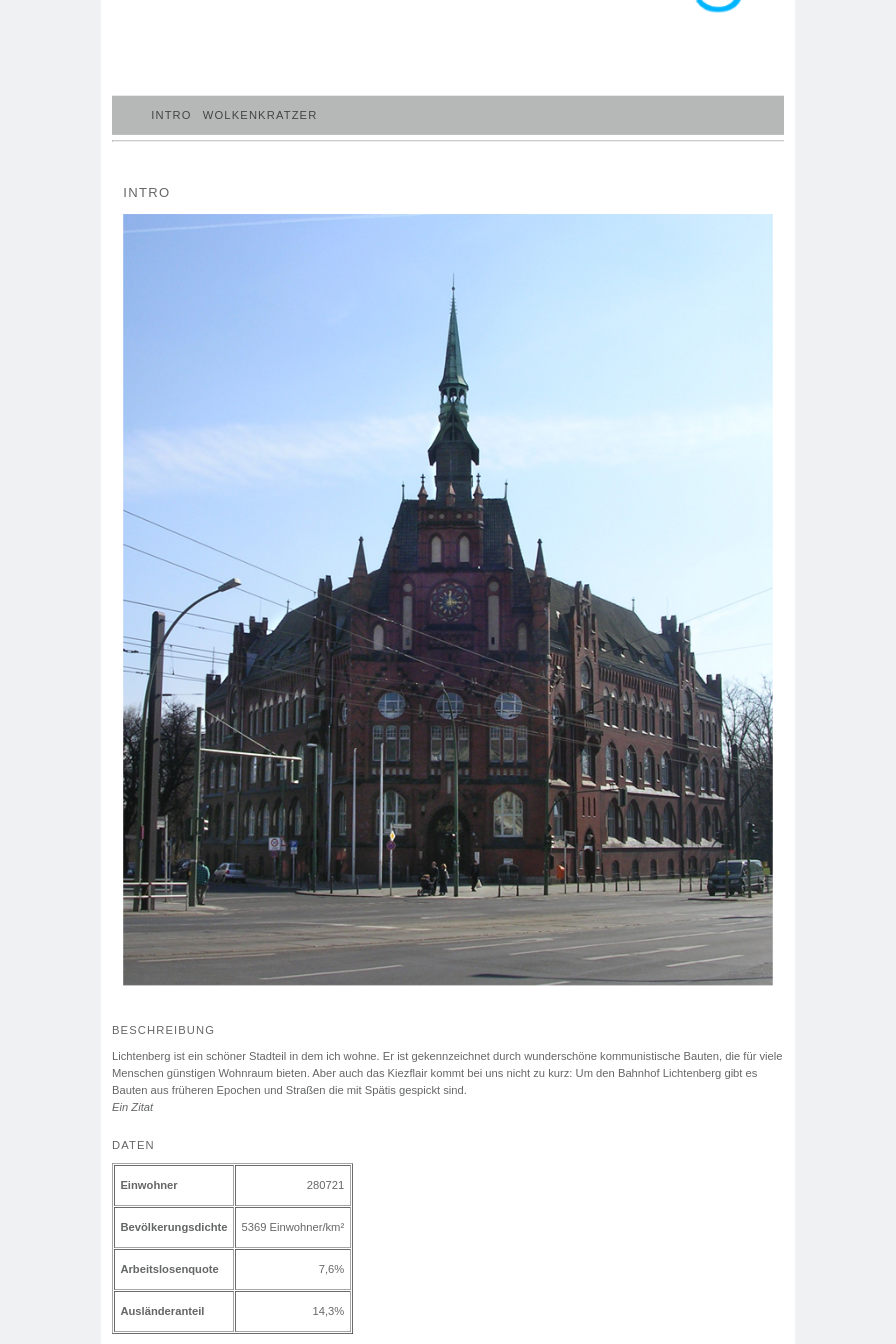
Repository: adamkonopka1991/Uni
Page: Kiez App/index.html
The author's editor kept a record of every edit. The page is drawn from the files as they stood at one moment, then again after the next edit.
The browser window is 1280 px wide. The pictures show the part of the page from y = 344 to 2264 px (the page is 2972 px tall before and 2944 px after), at 70% of full size.

Above is the page before.

### Kiez App/index.html
<!DOCTYPE html>
<head>
    <meta charset="utf-8">
    <link rel="stylesheet" type="text/css" href="style.css">
</head>
<html>


    <head>
        <meta charset="utf-8">
        <title>
            Startseite Kiez-App
        </title>

    </head>

    <body>
        <div id="container">
        <header>
            <img src="Logo.png" width=40%>
        </header>

        <nav>
            <ul>
                <li><a href="index.html">Intro</a></li>
                <li><a href="seite2.htm">Wolkenkratzer</a></li>
            </ul>
        </nav>

        <section>
            <hr>
            <header>
                <h3>Intro</h3>
                <img src="Rathaus-Berlin-Lichtenberg.jpg" height=50% width=50%>
            </header>

            <article>
                <p>
                    <h4>Beschreibung</h4>
                    <p>
                        Lichtenberg ist ein schöner Stadteil in dem ich wohne. Er ist
                        gekennzeichnet durch wunderschöne kommunistische Bauten, die
                        für viele Menschen günstigen Wohnraum bieten. Aber auch das Kiezflair
                        kommt bei uns nicht zu kurz: Um den Bahnhof Lichtenberg
                        gibt es Bauten aus früheren Epochen und Straßen die mit Spätis
                        gespickt sind. <br>

                        <cite>Ein Zitat</cite>
                    </p>
                </p>
                <p>
                    <h4>Daten</h4>
                    <p>
                        <table border>
                            <tr>
                                <td>Einwohner</td>
                                <td>280721</td>
                            </tr>
                            <tr>
                                <td>Bevölkerungsdichte</td>
                                <td>5369 Einwohner/km²</td>
                            </tr>
                            <tr>
                                <td>Arbeitslosenquote</td>
                                <td>7,6%</td>
                            </tr>
                            <tr>
                                <td>Ausländeranteil</td>
                                <td>14,3%</td>
                            </tr>
                        </table>
                    </p>
                </p>

                <p>
                    <h4>Sehenswürdigkeiten</h4>
                    <p>
                        <ul>
                            <li><a href="https://www.stasimuseum.de/">Stasimuseum</a></li>
                            <li><a href="http://www.dongxuan-berlin.de/de/">Dong Xuan Center</a></li>
                            <li><a href="https://de.wikipedia.org/wiki/Rathaus_Lichtenberg">Rathaus Lichtenberg</a></li>
                        </ul>

                    </p>

                </p>

                <p>
                    <h4>Die Youtube-Suche nach Lichtenberg hat folgendes ergeben:</h4>
                    <p>
                        <iframe width="560" height="315" src="https://www.youtube.com/embed/tIiFF1V4cj8" frameborder="0" allow="accelerometer; autoplay; encrypted-media; gyroscope; picture-in-picture" allowfullscreen></iframe>
                    </p>

                </p>

            </article>

            <footer>
                <ul>
                    <li><a href="">vorheriger Artikel</a></li>
                    <li><a href="">nächster Artikel</a></li>
                </ul>

            </footer>
        <hr>
        </section>

        <footer>
            <ul>
                <li><a href="">Home</a></li>
                <li><a href="kontakt.html">Kontakt</a></li>
                <li><a href="impressum.html">Impressum</a></li>
            </ul>

        </footer>
        </div>

    </body>
</html>

### Kiez App/style.css
@media all{

    body {
        background-color: #EFF1F2;
        color: #656666;
        font-family: sans-serif;
        line-height: 1.5em;
    }

    section h1, section h2, section h3, section h4, section h5, section h6 {
        text-transform: uppercase;
        font-weight: normal;
        margin-top: 2em;
        margin-bottom: 1em;
        letter-spacing:0.1em;
    }

    #container {
        background-color: white;
        margin: 2em auto;
        min-height: 400px;
        max-width: 960px;
        border-radius: 20px;

    }

    #container>footer, #container>nav {
        background-color: #B6B7B7;
    }

    #hauptueberschrift{
        margin-top: 1em;
        margin-bottom:0.5em;
    }

    #navMobile {
        display: none;
    }

    .flexbox {
        display: flex;
        flex-wrap: wrap;
        justify-content: space-evenly;
    }

    .flex-item {
        width: 288px;
        height: 288px;
        position:relative;
    }

    .beschreibung {
        position: absolute;
        bottom: 0;
        color: white;
    }




    nav, footer{
        overflow: hidden;
    }

    header, nav, footer, #container{
        padding: 1em;
    }

    h1,h2,h3,h4,h5,h6 {
        margin: 0;
        line-height: 1.2em;
    }

    ul{
        margin: 0;
    }


    nav ul li, footer ul li{
        list-style-type: none;
        text-transform: uppercase;
        letter-spacing: 0.1em;
        margin-right: 1em;
    }

    nav ul li{
        float: left;
    }

    footer ul li{
        float: right;
    }

    td {
      padding: 1em 0.5em;
    }

    td:first-child {
        text-align: left;
        font-weight: bold;
    }

    td:nth-cild(even) {
        text-align: left;
        font-weight: bold;
    }

    td:last-child {
        text-align: right;

    }

    header img{
        display: inline-block;
        width: 100%;
    }

    nav ul li.open{
        font-weight: bold;
    }

    a {
        color: #444;
    }

    a:link {
        text-decoration: none;
    }

    a:hover{
        text-decoration: underline;
        color: #222;
    }
}

@media screen and (max-width: 961px){
    #container {
        margin: 0px;
    }
    nav{

    }

    header {
        background-color: #B6B7B7;
    }

    nav{
        box-shadow: 0 3px 2px grey;
    }

    #navMobile{
        display: block;
    }

    #navMobile ul li {
        float: right;
    }

    #navScreen{
        position: fixed;
        height: 100%;
        width:100%;
        background-color: green;
        display: none;
    }



    button {
        border: none;
        background-color: #B6B7B7;
        font-weight: bold;
        font-size: 1.5em;
    }


}

After the next edit:
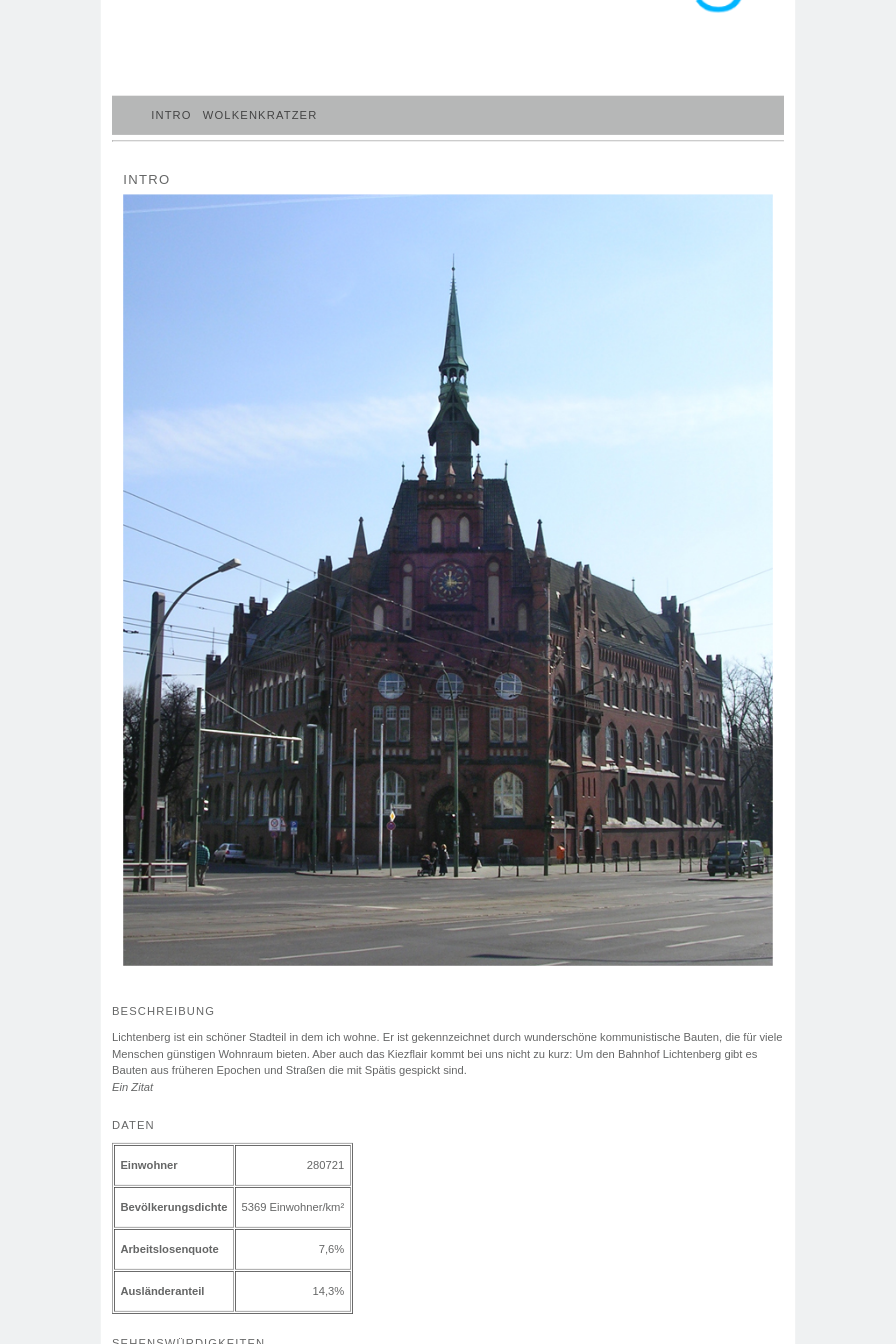
The edit:
--- a/Kiez App/index.html
+++ b/Kiez App/index.html
@@ -30,7 +30,7 @@
         <section>
             <hr>
             <header>
-                <h3>Intro</h3>
+                <h3 id="hauptueberschrift">Intro</h3>
                 <img src="Rathaus-Berlin-Lichtenberg.jpg" height=50% width=50%>
             </header>
 
